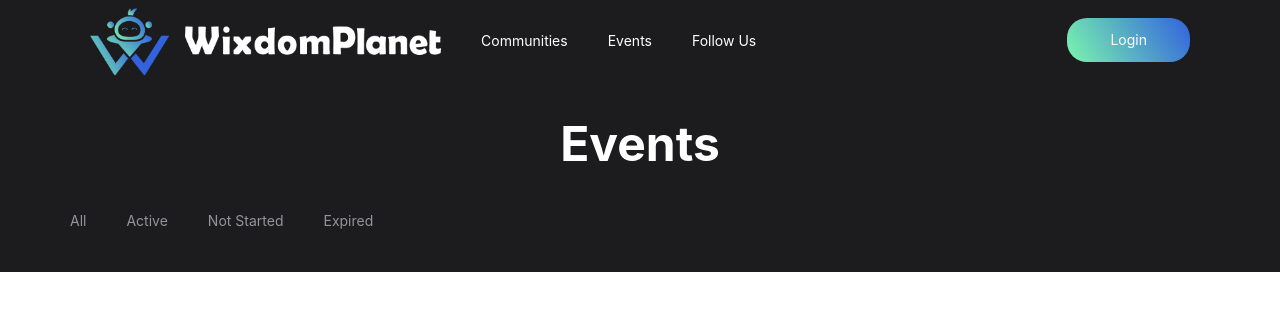
Repository: haudnn/WixdomPlanet-demo
Page: /
The author's editor kept a copy of each file at every save. The page is drawn from the files as they stood at one save, then again after the next save.
The browser window is 1280 px wide. The pictures show the whole page.
The project was rebuilt for these pictures with package versions that can differ from the ones it lists, and the page was loaded fresh each time. Also part of the build but not shown: vite.config.js, src/App.css.

Above is the page before, as saved 2023-02-03 09:59:53.

After the next save:
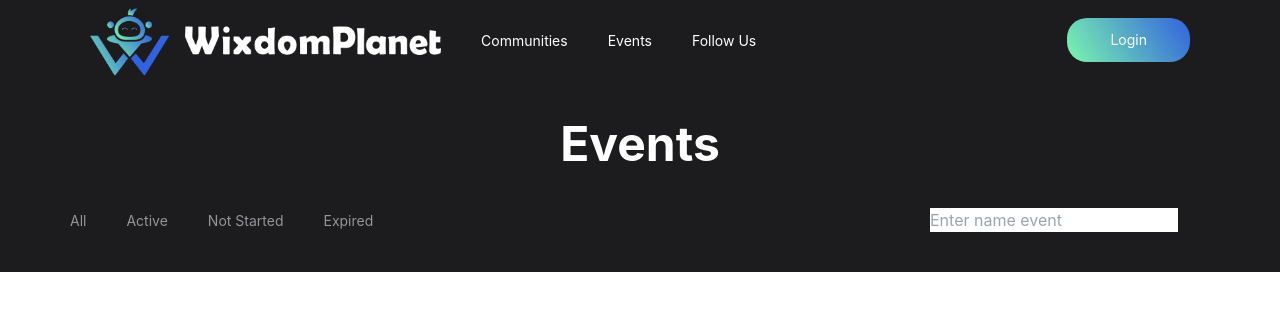
Saved 20 min 26 s later.
--- a/src/features/Home.jsx
+++ b/src/features/Home.jsx
@@ -21,8 +21,8 @@
                     <span className='text-sm text-[#949499] cursor-pointer'>Expired</span>
                 </li>
             </ul>
-            <div>
-
+            <div className='w-[280px]'>
+                <input type="text" placeholder='Enter name event'/>
             </div>
         </div>
     </section>
